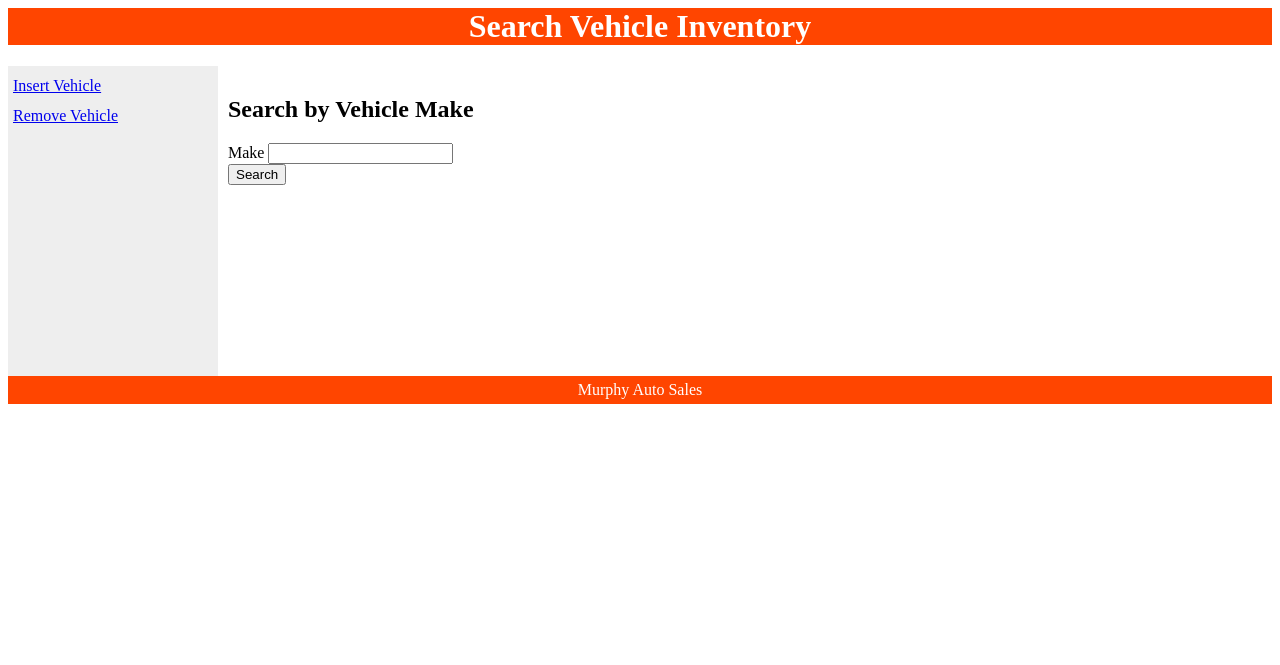
Repository: CamdenMurphy/workspace4830-intro-to-software-engineering
Page: techExercise/techExercise-Murphy/src/main/webapp/search_murphy.html
These files come from the project's save history. The page is drawn as it stood at one moment and after the next save; the edit follows.
The browser window is 1280 px wide. The pictures show the whole page.

Above is the page before, as saved 2023-10-12 06:34:38.

### techExercise/techExercise-Murphy/src/main/webapp/search_murphy.html
<html>
<head>
<style>
header {
	text-align: center;
}
nav {
    line-height:30px;
    background-color:#eeeeee;
    height:300px;
    width:200px;
    float:left;
    padding:5px;
}
img {
	display: inline-block;
}
section {
    width:500px;
    float:left;
    padding:10px;
}
footer {
    background-color:orangered;
    color:White;
    clear:both;
    text-align:center;
    padding:5px;
}
header h1 {
	background-color: orangered;
	color: white;
}
</style>
</head>

<body>
<header>
<h1> Search Vehicle Inventory</h1>
</header>

<nav>
<a href="/techExercise-Murphy/insert_murphy.html">Insert Vehicle</a> <br>
<a href="/techExercise-Murphy/delete_murphy.html">Remove Vehicle</a> <br>
</nav>

<section>
	<h1>Search by Vehicle Make</h1>

	<form action="SearchMurphy" method="POST">

		Make <input type="text" name="keyword"> <br />

		<input type="submit" value="Search" />
	</form>

</section>

<footer>
	Murphy Auto Sales
</footer>
</body>
</html>

After the next save:
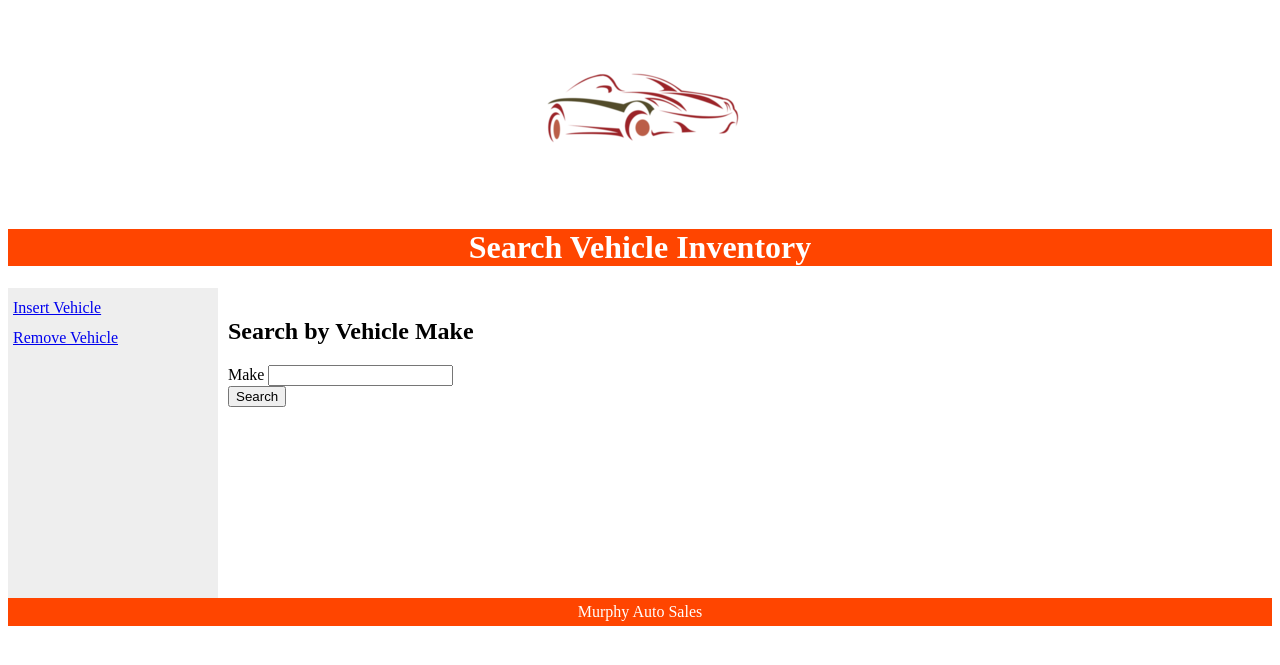
Saved 54 s later.
--- a/techExercise/techExercise-Murphy/src/main/webapp/search_murphy.html
+++ b/techExercise/techExercise-Murphy/src/main/webapp/search_murphy.html
@@ -36,6 +36,7 @@ header h1 {
 
 <body>
 <header>
+	<img src="car_icon.webp" alt="car logo">
 <h1> Search Vehicle Inventory</h1>
 </header>
 
